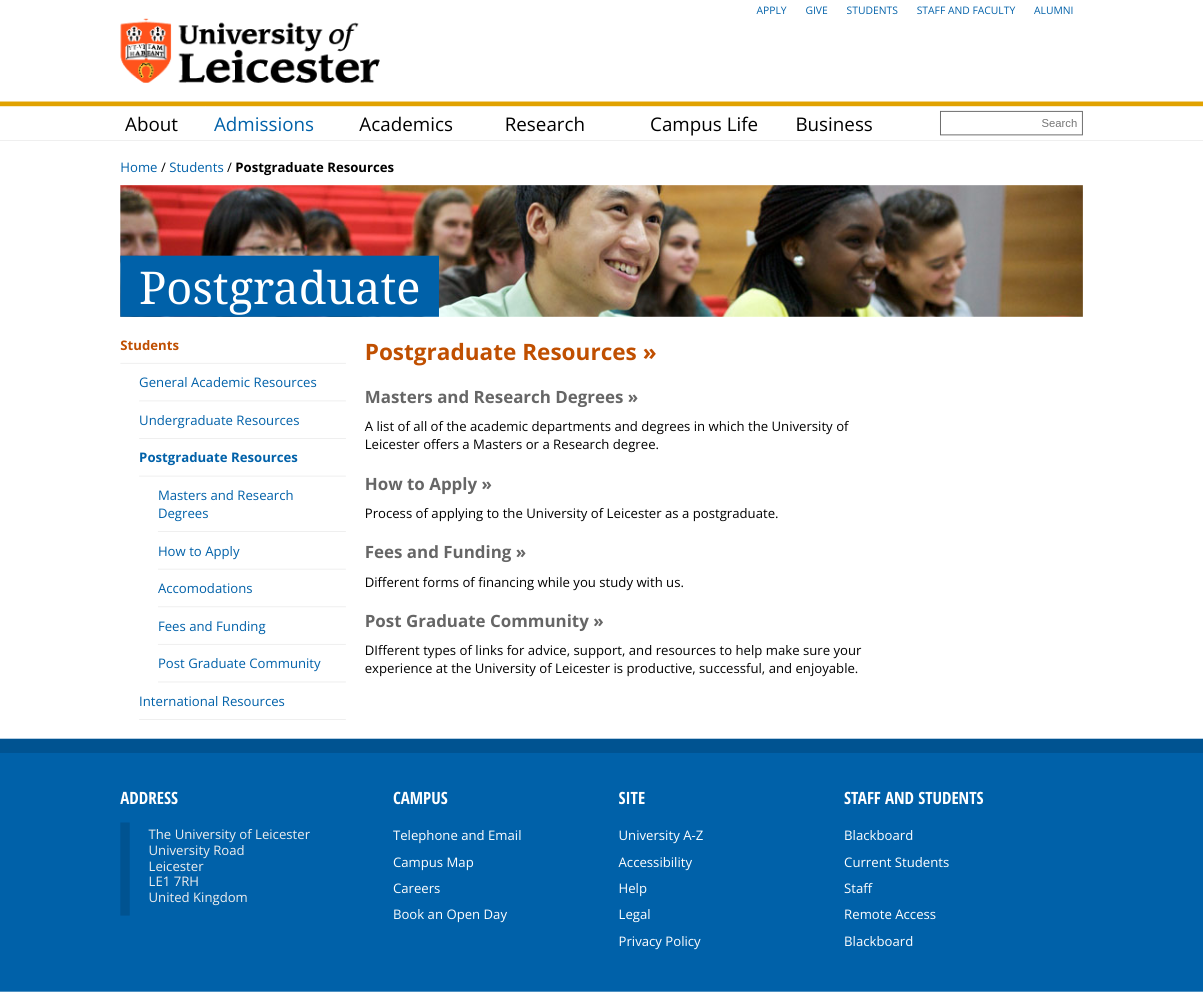
Repository: vqdo/leicester-redesign
Page: pgresources.html
The author's editor kept a record of every edit. The page is drawn from the files as they stood at one moment, then again after the next edit.
The browser window is 1280 px wide. The pictures show the whole page, at 94% of full size.
Some web libraries are served in a nearby version.

Above is the page before.

### pgresources.html
<!DOCTYPE html>

<html>
    <head>
        <meta charset="utf-8">
        <meta name="viewport" content="width=device-width,initial-scale=1.0">
        <title>University of Leicester</title>
        <link href='https://fonts.googleapis.com/css?family=Lora:300%7COpen+Sans+Condensed:700%7COpen+Sans:300,700' rel='stylesheet' type='text/css'>
        <link rel="stylesheet" type="text/css" href="css/master.css">
        <!-- Scripts -->
        <script src="https://code.jquery.com/jquery-1.11.0.min.js"></script>
        <script src="https://code.jquery.com/ui/1.11.2/jquery-ui.min.js"></script>
    </head>
     <body>
        <header>
            <div class="logo-wrapper container">
                <a href="/"><h1 class="logo"><span>University of Leicester</span></h1></a>
            </div>

            <nav class="main-nav">
                <div class="main-nav-titles cf">
                    <div class="container">
                    <ul class="fl">
                        <li class="about-title"><a href="/">About</a></li>
                        <li><a class="active" href="/">Admissions</a></li>
                        <li><a href="/">Academics</a></li>
                        <li><a href="/">Research</a></li>
                        <li><a href="/">Campus Life</a></li>
                        <li><a href="/">Business</a></li>
                    </ul>
                    <!--<input class="searchbox-submit fr" type="submit" value="Go" />                    -->
                    <input class="searchbox fr" type="text" placeholder="Search" />
                    </div>
                </div>

                <div class="main-nav-dropdown">
                    <div class="container">
                        <div class="dropdown about-links">
                            <ul>
                                <li><a href="/">Facts</a></li>
                                <li><a href="/">Visit Us</a></li>
                            </ul>
                        </div>
                        <div class="dropdown admissions-links">
                            <ul>
                                <li><a href="/">Undergraduate</a></li>
                                <li><a href="/">Masters</a></li>
                                <li><a href="/">PhD and Doctorate</a></li>
                                <li><a href="/">Distance Learning</a></li>
                                <li><a href="genresources.html">Tuition and Fees</a></li>
                                <li><a href="http://www2.le.ac.uk/study/open-days">Open Day Visits</a></li>
                            </ul>
                        </div>
                        <div class="dropdown academics-links">
                            <ul>
                                <li><a href="http://www2.le.ac.uk/study/ugp">Undergraduate Courses</a></li>
                                <li><a href="http://www2.le.ac.uk/study/postgrad">Postgraduate Courses</a></li>
                                <li><a href="http://www2.le.ac.uk/study/research">Research Degrees</a></li>
                                <li><a href="http://www.le.ac.uk/library">Library</a></li>

                            </ul>
                        </div>
                        <div class="dropdown research-links">
                            <ul>
                                <li><a href="http://www2.le.ac.uk/research/challenges">Global Challenges</a></li>
                                <li><a href="http://www2.le.ac.uk/research/with">Prospective Students</a></li>
                                <li><a href="http://www2.le.ac.uk/research/departmental">Departmental Research</a></li>
                                <li><a href="http://www2.le.ac.uk/research/current-research">Current Research</a></li>
                            </ul>
                        </div>
                        <div class="dropdown campuslife-links">
                            <ul>
                                <li><a href="/">Visit</a></li>
                            </ul>
                        </div>
                        <div class="dropdown business-links">
                            <ul>
                                <li><a href="/">Visit</a></li>
                                <li><a href="/">Blah</a></li>
                                <li><a href="/">Blah</a></li>
                            </ul>
                        </div>
                    </div>
                </div>
            </nav>

            <nav class="user-type-nav">
                <ul class="container">
                    <!-- Put links in reverse order -->
                    <li class="link"><a href="/">Alumni</a></li>
                    <li class="link"><a href="/">Staff and Faculty</a></li>
                    <li class="link"><a href="genresources.html">Students</a></li>
                    <li class="link"><a href="/">Give</a></li>
                    <li class="link"><a href="/">Apply</a></li>
                </ul>
            </nav>
        </header>


        <!-- BEGIN CONTENT -->

        <div id="students" class="page-content">
            <div class="container cf">
                <div class="breadcrumbs"><a href="/">Home</a> / <a href="/">Students</a> / <strong>Postgraduate Resources</strong> </div>
                <h1><span class="page-title">Postgraduate</span></h1>
                <nav class="page-navigation">
                    <ul>
                        <li>
                            <h2 class="page-root-link"><a href="/">Students</a></h2>
                            <ul>
                                <li><a href="genresources.html">General Academic Resources</a></li>

                                <li><a href="ugresources.html">Undergraduate Resources</a></li>

                                <li><a class="active" href="pgresources.html">Postgraduate Resources</a></li>

                                <ul>
                                        <li><a href="/">Masters and Research Degrees</a></li>
                                        <li><a href="/">How to Apply</a></li>
                                        <li><a href="/">Accomodations</a></li>
                                        <li><a href="/">Fees and Funding</a></li>
                                        <li><a href="/">Post Graduate Community</a></li>
                                    </ul>
                                <li><a href="/">International Resources</a></li>

                            </ul>
                        </li>
                    </ul>
                </nav>
                <div class="page-body">
                    <h2><a href="pgresources.html">Postgraduate Resources &raquo;</a></h2>
                    <h3><a href="/">Masters and Research Degrees &raquo;</a></h3>
                    <p>A list of all of the academic departments and degrees in which the University of Leicester offers a Masters or a Research degree.</p>

                    <h3><a href="/">How to Apply &raquo;</a></h3>
                        <p>Process of applying to the University of Leicester as a postgraduate.</p>

                    <h3><a href="http://www.le.ac.uk/maps/">Fees and Funding &raquo;</a></h3>
                    <p>Different forms of financing while you study with us.</p>

                    <h3><a href="/">Post Graduate Community &raquo;</a></h3>
                    <p>DIfferent types of links for advice, support, and resources to help make sure your experience at the University of Leicester is productive, successful, and enjoyable.</p>

                </div>
            </div>
        </div>

        <footer class="cf">
            <div class="container">
                <section class="footer-section large">
                    <h2>Address</h2>
                        <address>

                            The University of Leicester<br>
                            University Road<br>
                            Leicester<br>
                            LE1 7RH<br>
                            United Kingdom<br>
                        </address>
                </section>
                <section class="footer-section">
                    <h2>Campus</h2>
                    <ul>
                        <li><a href="http://www2.le.ac.uk/contact">Telephone and Email</a></li>
                        <li><a href="http://www2.le.ac.uk/maps">Campus Map</a></li>
                        <li><a href="http://www.le.ac.uk/help/access">Careers</a></li>
                        <li><a href="http://www2.le.ac.uk/study/open-days">Book an Open Day</a></li>
                    </ul>
                </section>
                <section class="footer-section">
                    <h2>Site</h2>
                    <ul>
                        <li><a href="http://www2.le.ac.uk/indexes">University A-Z</a></li>
                        <li><a href="http://www.le.ac.uk/help/access">Accessibility</a></li>
                        <li><a href="http://www.le.ac.uk/help">Help</a></li>
                        <li><a href="http://www.le.ac.uk/legal">Legal</a></li>
                        <li><a href="http://www.le.ac.uk/legal/privacy-policy">Privacy Policy</a></li>
                    </ul>
                </section>
                <section class="footer-section">
                    <h2>Staff and Students</h2>
                    <ul>
                        <li><a href="/">Blackboard</a></li>
                        <li><a href="/">Current Students</a></li>
                        <li><a href="/">Staff</a></li>
                        <li><a href="/">Remote Access</a></li>
                        <li><a href="/">Blackboard</a></li>
                    </ul>
                </section>
            </div>
        </footer>

        <script src="js/master.js"></script>
    </body>
</html>

### css/master.css
/************************************************************
 * Master css file for the University of Leicester redesign.
 * COGS 187A - Fall 2014
 * Victoria Do, Nancy Acosta, Tanya Zhang
 ************************************************************/

/**
 * CSS reset
 */
/* http://meyerweb.com/eric/tools/css/reset/
   v2.0 | 20110126
   License: none (public domain)
*/

html, body, div, span, applet, object, iframe,
h1, h2, h3, h4, h5, h6, p, blockquote, pre,
a, abbr, acronym, address, big, cite, code,
del, dfn, em, img, ins, kbd, q, s, samp,
small, strike, strong, sub, sup, tt, var,
b, u, i, center,
dl, dt, dd, ol, ul, li,
fieldset, form, label, legend,
table, caption, tbody, tfoot, thead, tr, th, td,
article, aside, canvas, details, embed,
figure, figcaption, footer, header, hgroup,
menu, nav, output, ruby, section, summary,
time, mark, audio, video {
	margin: 0;
	padding: 0;
	border: 0;
	font-size: 100%;
	font: inherit;
	vertical-align: baseline;
}
/* HTML5 display-role reset for older browsers */
article, aside, details, figcaption, figure,
footer, header, hgroup, menu, nav, section {
	display: block;
}
body {
	line-height: 1;
	font: 14px "Open Sans", Arial, sans-serif;
}
ol, ul {
	list-style: none;
}
strong {
    font-weight: bold;
}
blockquote, q {
	quotes: none;
}
blockquote:before, blockquote:after,
q:before, q:after {
	content: '';
	content: none;
}
table {
	border-collapse: collapse;
	border-spacing: 0;
}

/*********************** END RESET *************************/

/**
 * Inline / Text
 */

a {
    color:  #0061A9;
    text-decoration: none;
}
a:hover {
    text-decoration: underline;
}

/**
 * Structural / Block
 */
body {
    background: #fff;
}
header {
    margin: 0 0 60px 0;
}
.container {
    width: 100%;
    max-width: 1024px;
    margin: 0 auto;
}
.logo-wrapper {
    padding: 20px 0;
}
.logo {
    background: url('../img/logo-sprite.png');
    background-position: 0 205px;
    width: 276px;
    height: 68px;
}
.logo.black {
    background-position: 0 205px;
}
.logo.white {
    background-position: 0 0;
}
.logo span {
    opacity: 0;
}

/**
 * Main Navigation
 */
 .searchbox {
     border: 1px solid #666;
     color: #666;
     padding: 2px 5px;
     width: 140px;
     height: 20px;
     font: normal 12px Arial, sans-serif;
     margin-top: 5px;
     text-align: right;
 }
 /*.searchbox-submit {*/
 /*    background: transparent;*/
 /*    color: #f6a04d;*/
 /*    border: 0;*/
 /*    font: bold 14px Arial, sans-serif;*/
 /*    line-height: 30px;*/
 /*}*/

.main-nav li, .user-type-nav li {
     display: inline-block;

 }
.main-nav {
    width: 100%;
    z-index: 10;
    position: absolute;
}
.main-nav-titles {
    background: #FFF /* #0061A9*/;
    background-clip: padding-box;
    border-top: 5px solid #E1A200;
    border-bottom: 1px solid #eee;
}
.main-nav-titles li {
    border-right: 1px solid rgba(255, 255, 255, 0.2);
    color: #FFF;
    /*font: normal 24px Lora, serif;*/
    height: 36px;
    text-align: left;
    width: 145px;
    padding: 0 0 0 5px;
    /*text-shadow: 0 0 1px rgba(0, 0, 0, 0.5);*/
}
.main-nav-titles a {
    color: #000;
    font-family: "Open Sans", Arial, sans-serif;
    font-size: 20px;
    line-height: 38px;
}
.main-nav-titles .active {
    color:  #0061A9;
}
.main-nav.expanded {
    margin: 0;
}
.main-nav.expanded .main-nav-titles {
    border-top: 5px #E1A200 solid;
    background: #FFF !important;
   /* border-bottom: 1px solid #CCC;*/
}
.main-nav.expanded .main-nav-titles a {
    color: #000 /*#f9423a*/ !important;
    text-shadow: none;
}
.main-nav.expanded .main-nav-titles li {
    border-right: 1px solid #eee;
}
.main-nav li:hover {
    /* TODO: main nav hover effect */
    text-decoration: underline;
}
/* adjust About column width */
.main-nav-titles .about-title {
    width: 85px;
    text-align: left;
}

/** Main navigation dropdown **/
.main-nav-dropdown {
    background: rgba(255, 255, 255, 0.9);
    box-shadow: 0 1px 2px rgba(0, 0, 0, 0.2);
    color: #333;
    display: none;
    height: 180px;
    width: 100%;
    overflow: hidden;
}
.main-nav-dropdown .container {
    height: 100%;
}
.main-nav-dropdown .dropdown {
    height: 100%;
    float: left;
    width: 134px;
    padding: 10px 10px;
}
.dropdown {
    border-right: 1px dotted #DDD;
    display: block;
    height: 100%;
}
.dropdown:last-child, .main-nav-titles li:last-child {
    border: none !important;

}
.main-nav-dropdown li {
    display: block;
    padding: 4px 0;
}
.main-nav-dropdown .about-links {
    width: 80px;
    padding: 10px 5px;
}
.main-nav-dropdown a {
    display: block;
    font: normal 12px Arial, sans-serif;
    width: 100%;
}

/*************************
 * User type navigation
 *************************/
.user-type-nav {
    position: absolute;
        top: 0;
    width: 100%;
    box-shadow: 0 0 1px rgba(255, 255, 255, 0.3);
}
.user-type-nav li {
    float: right;
    padding-right: 10px;
}
.user-type-nav li:first-child {
    padding-right: 0;
}
.user-type-nav li:hover {
    text-decoration: overline, underline;
}
.user-type-nav a {
    /*color: #FFF;*/
    text-transform: uppercase;
    font-size:11px;
    padding-right: 10px;


}
/*************************
 * Footer
 *************************/
 footer {
     background: #0061A9;
     border-top: 15px solid #005391;
     color: #FFF;
     padding: 20px 0 40px 0;
 }
 footer a {
     color: #FFF;
 }
 footer a:hover {
     text-decoration: underline;
 }
 footer address {
     border-left: 10px solid  #005391;
     font-size: 14px;
     line-height: 1.2;
     color: #EEE;
     padding: 5px 0 10px 20px;
     /*margin: 0 10px 20px 10px;*/
 }

 footer .address:hover {
     text-decoration: none;
 }
 footer section {
     color: #FFF;
     font: 14px "Open Sans", Arial, sans-serif;
     float: left;
     line-height: 2;
     margin: 0 40px 0 0;
     width: 200px;
 }
 footer section.large {
     width: 250px;
 }
 footer h2 {
     /*border-bottom: 1px solid #004578;     */
     color: #FFF;
     font: 18px "Open Sans Condensed", Arial, sans-serif;
     padding: 5px 0;
     margin: 10px 0;
     text-transform: uppercase;
 }

/**
* Info page styles */
.breadcrumbs {
  /*margin: 10px 0;*/
}
.page-content {
    padding: 0 0 20px 0;
}
.page-content h1 {
  color: #FFF;
  font: normal 48px Lora, Georgia, sans-serif;
  width: 100%;
  height: 140px;
  margin: 10px 0;
  position: relative;
}
.page-title {
  background: #0061A9;
  padding: 0 20px;
  position: absolute;
      bottom: 0;
}
/***********************************
 * Side pages
 ***********************************/
.page-content p {
    padding: 0 0 10px 0;
}

/* Page Navigation */
.page-root-link a {
    color: #C04F00;
    font-weight: bold;
}
.page-navigation {
  float: left;
  width: 240px;
  padding-right: 20px;
}
.page-navigation ul {
    padding: 0 0 0 20px;
}
.page-navigation ul:first-child {
    padding: 0;
}
.page-navigation li a {
    display: block;
    padding: 10px 0;
    border-bottom: 1px solid #EEE;
}
.page-navigation li a:hover {
    color: #C04F00;
}
.page-navigation a.active {
    font-weight: bold;
}

.page-navigation a:hover, p a:hover {
    text-decoration: underline;
}
/** Page body styles **/

.page-body {
  float: left;
  width: 530px;
}
.page-body h2, .page-body h3 {
    padding: 10px 0;
}
.page-body h2 {
    font: bold 24px "Open Sans", Arial, sans-serif;
}
.page-body h3 {
    font: bold 18px "Open Sans", Arial, sans-serif;
}
.page-body h2 a, .page-body h2 {
    color: #C04F00;
}
.page-body h3 a, .page-body h3 {
    color: #666;
}
.page-body .intro {
    padding-top: 10px;
    color: #666;
    font-size: 16px;
}

/**
 * Right sidebar information */

.page-sideinfo {
  float: right;
  width: 220px;
}
.page-sideinfo .module h2 {
    color: #C04F00;
    font-weight: bold;
    padding: 10px 0;
}

a.box-link {
     border: 1px solid #0061A9;
     color: #0061A9;
     font: normal 16px "Open Sans", Arial, sans-serif;
     display: inline-block;
     padding: 15px;
     margin: 10px;
}
.box-link:hover {
    background: #0061A9;
    color: #FFF;
    text-decoration: none ;
}
#tuition-and-aid h1, #tuition-and-aid-international h1 {
  background: url('../img/studentmag_finance.jpg');
  background-size: cover;
}
#tuition-and-aid-international td {
    padding: 10px;
}
#tuition-and-aid-international td:first-child {
    width: 150px;
}

#students h1{
  background: url('../img/students2.jpg');
  background-size: cover;
}
#ugstudents h1{
  background: url('../img/students1.jpg');
  background-size: cover;
}
#pgstudents h1{
  background: url('../img/pgstudents.jpg');
  background-size: cover;
}



/**
 * Utility
 */
.fr {
    float: right;
}
.fl {
    float: left;
}
/**
 * For modern browsers
 * 1. The space content is one way to avoid an Opera bug when the
 *    contenteditable attribute is included anywhere else in the document.
 *    Otherwise it causes space to appear at the top and bottom of elements
 *    that are clearfixed.
 * 2. The use of `table` rather than `block` is only necessary if using
 *    `:before` to contain the top-margins of child elements.
 */
.cf:before,
.cf:after {
    content: " "; /* 1 */
    display: table; /* 2 */
}

.cf:after {
    clear: both;
}

/**
 * For IE 6/7 only
 * Include this rule to trigger hasLayout and contain floats.
 */
.cf {
    *zoom: 1;
}

### js/master.js
var cogs = (function() {
    var self = {};


    self.init = function() {
        console.log("Document ready.");
        self.attachNavHandlers();
    }

    self.attachNavHandlers = function() {
        // User must hover for at least this long before an event is triggered
        var evt_trigger_time = 500;
        var showTimer;

        var $mainNav = $('.main-nav');
        var $mainLinks = $('.main-nav-titles li');
        var $dropdown = $('.main-nav-dropdown');

        var checkHover = function(target) {
            if($(target).is(':hover') && $dropdown.is(':hidden')) {
                $dropdown.slideToggle(200);
                $mainNav.addClass('expanded');
            }
        }

        $mainLinks.mouseenter(function(evt) {
             if($dropdown.is(':hidden')) {
                var target = $(evt.target);

                clearTimeout(showTimer);
                showTimer = setTimeout(function() {
                    checkHover(target);
                }, evt_trigger_time);
            }
        });

        $mainNav.mouseleave(function(evt) {
            //if($dropdown.is(':hover')) return;
            clearTimeout(showTimer);

            if(!$dropdown.is(':hidden')) {
                $dropdown.slideToggle(100);
                $mainNav.removeClass("expanded");
            }

        });
    }

    return self;
})()


$(document).ready(function() {
   cogs.init();
});

After the next edit:
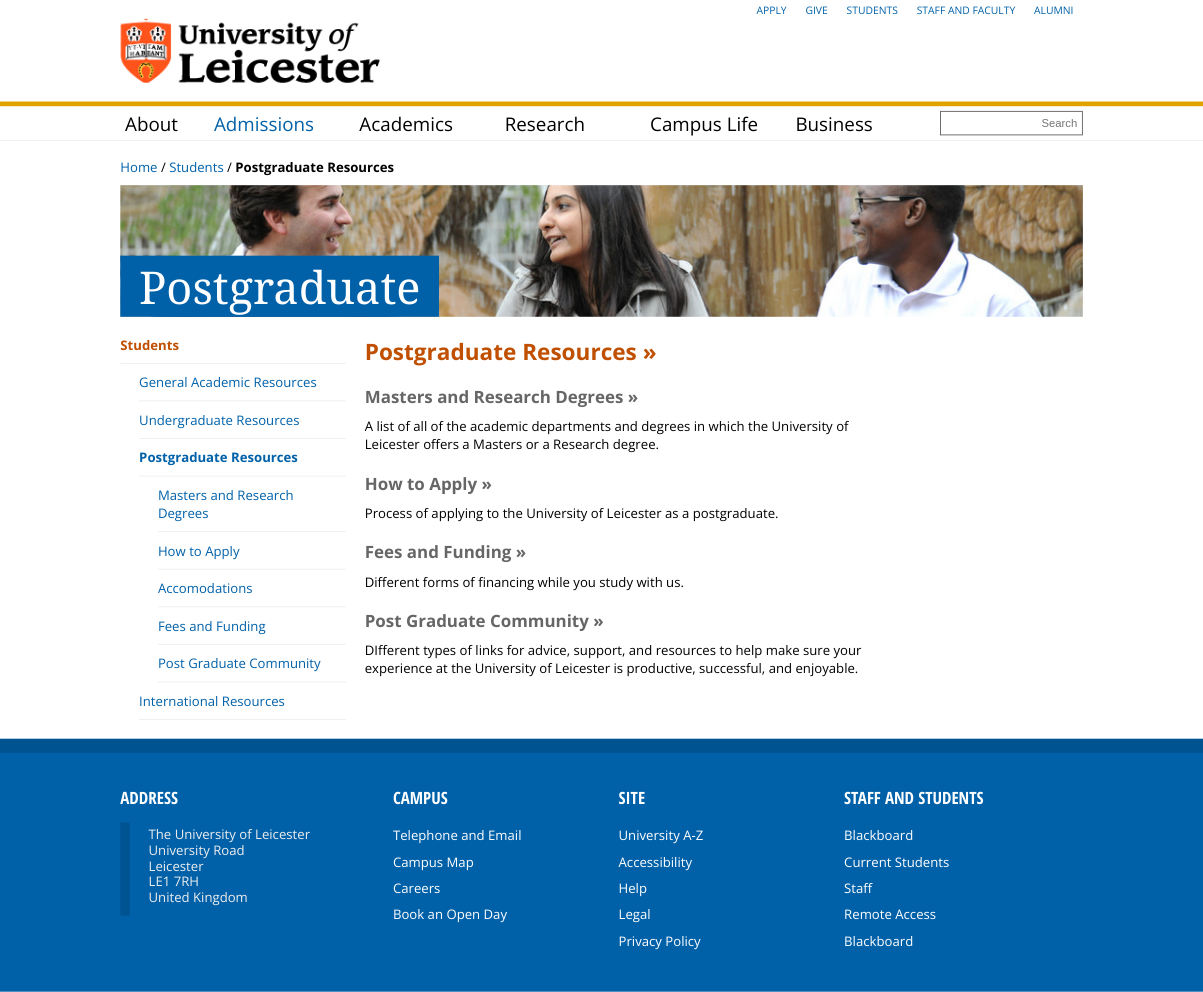
The edit:
--- a/pgresources.html
+++ b/pgresources.html
@@ -99,7 +99,7 @@
 
         <!-- BEGIN CONTENT -->
 
-        <div id="students" class="page-content">
+        <div id="pgstudents" class="page-content">
             <div class="container cf">
                 <div class="breadcrumbs"><a href="/">Home</a> / <a href="/">Students</a> / <strong>Postgraduate Resources</strong> </div>
                 <h1><span class="page-title">Postgraduate</span></h1>
